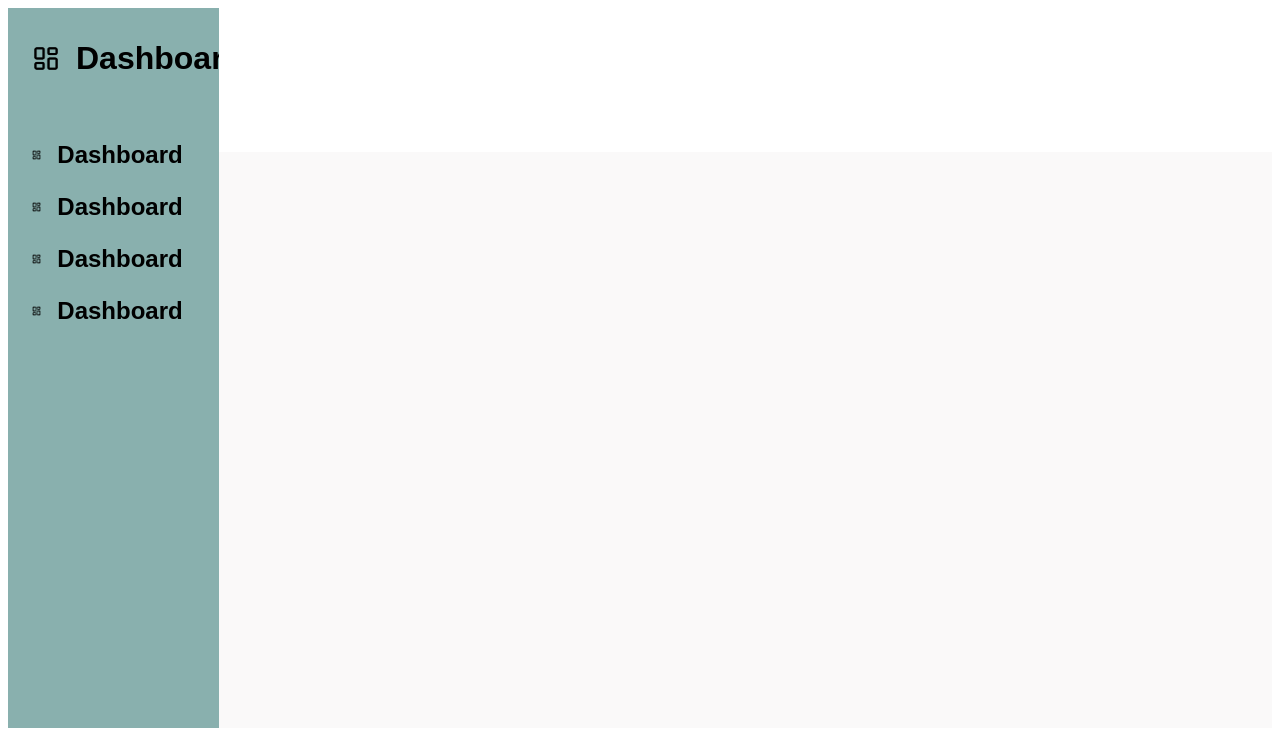
Repository: yeetzpxoci/dashboard
Page: index.html
These files come from the project's save history. The page is drawn as it stood at one moment and after the next save; the edit follows.
The browser window is 1280 px wide. The pictures show the whole page.

Above is the page before, as saved 2023-02-17 19:09:25.

After the next save:
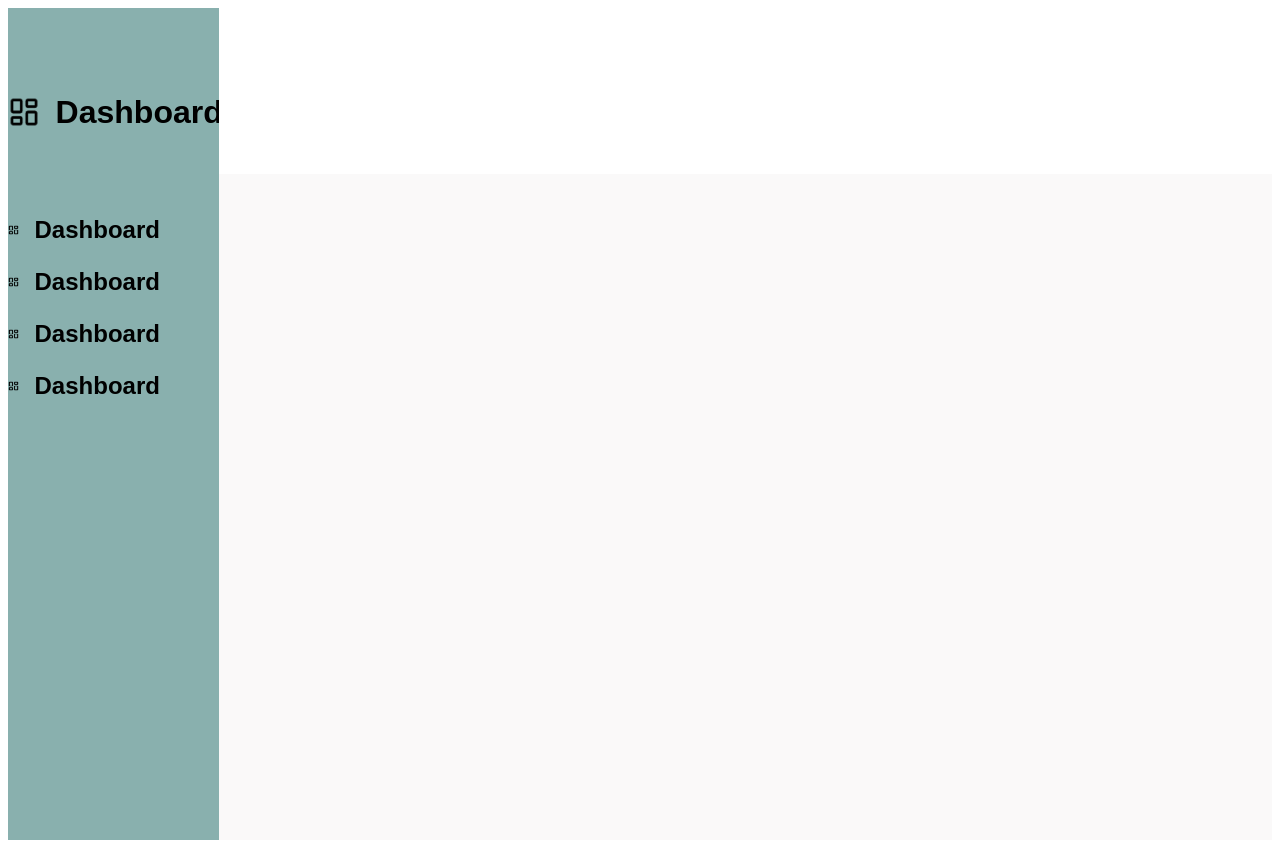
Saved 2 min 46 s later.
--- a/styles.css
+++ b/styles.css
@@ -10,11 +10,8 @@ body {
     background-color: #89B0AE;
     grid-column: 1 / 2;
     grid-row: 1 / 3;
-    display: flex;
-    flex-direction: column;
-    align-items: flex-start;
-    gap: 32px;
-    padding-left: 24px;
+    display: grid;
+    grid-template-rows: 1fr 1fr 1fr 1fr;
 }
 
 .icon-container {
